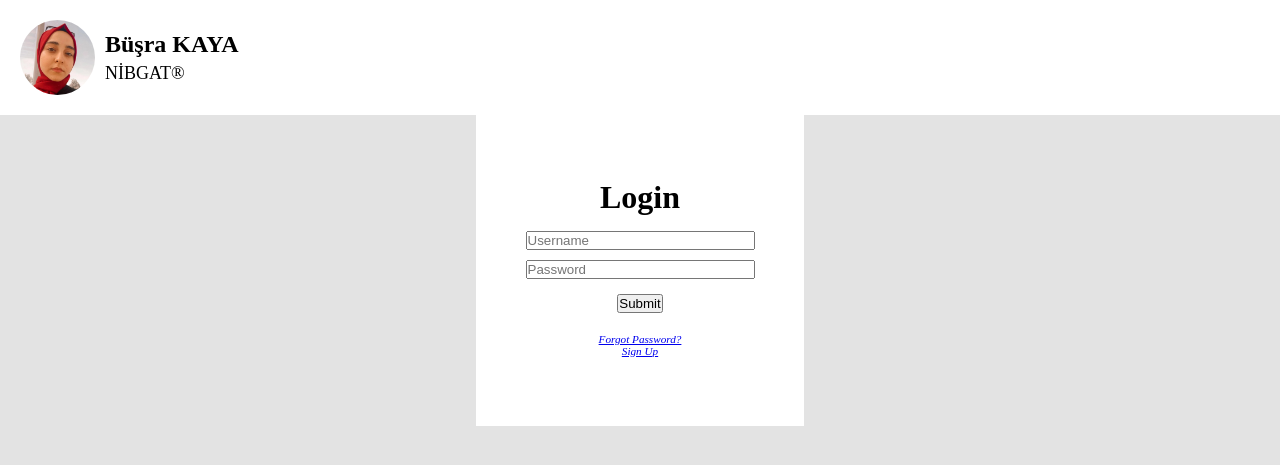
Repository: busra-kayaa/LoginPage
Page: login.html
These files come from the project's save history. The page is drawn as it stood at one moment and after the next save; the edit follows.
The browser window is 1280 px wide. The pictures show the whole page.

Above is the page before, as saved 2024-01-02 18:27:59.

After the next save:
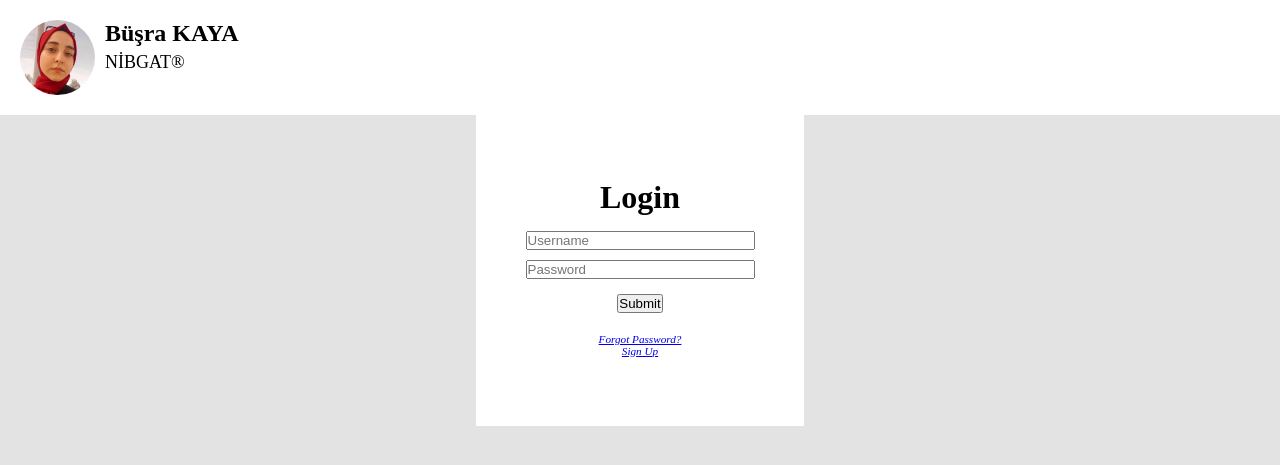
Saved 16 s later.
--- a/style.css
+++ b/style.css
@@ -31,7 +31,7 @@ body {
 .header-desc-container {
     display: flex;
     flex-direction: column;
-    margin: auto;
+    margin-bottom: auto;
 }
 
 .header-title {
